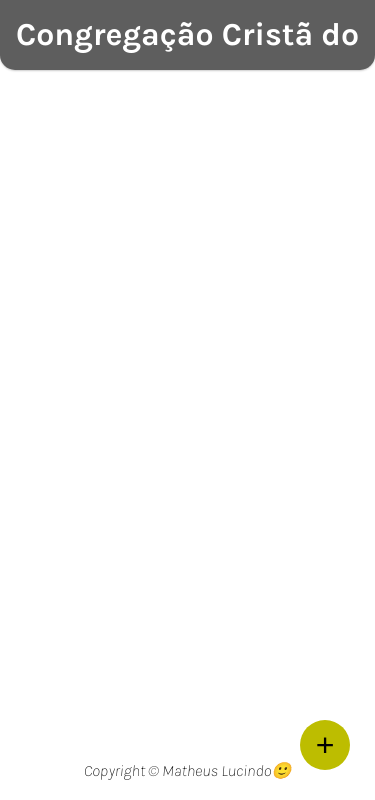
Repository: Matheus904-12/API-da-CCB
Page: beta4/index.html
The author's editor kept a copy of each file at every save. The page is drawn from the files as they stood at one save, then again after the next save.
The browser window is 375 px wide. The pictures show the whole page.

Above is the page before, as saved 2024-01-12 20:19:56.

After the next save:
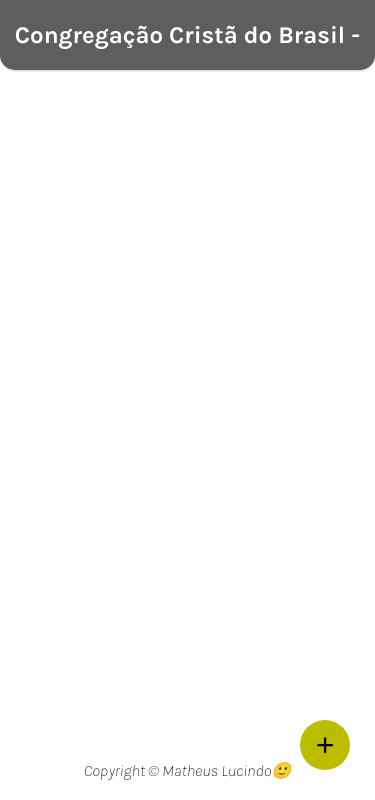
Saved 57 s later.
--- a/beta4/css/principal.css
+++ b/beta4/css/principal.css
@@ -65,7 +65,8 @@
         width:100%;
     }
     .header-title{
-        src: https://iconape.com/wp-content/png_logo_vector/ccb-congregacao-crista-logo.png;
+        font-size: 1.5rem;
+
     }
 
     main{
